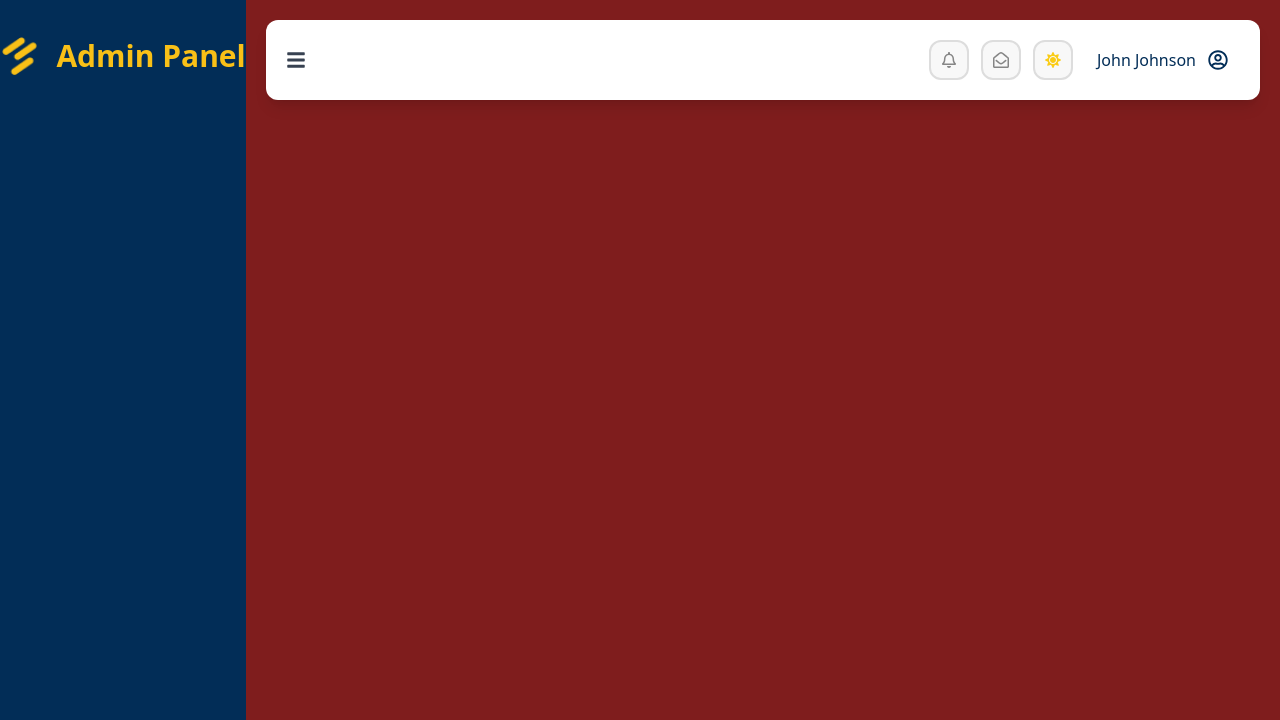
Repository: farrelmuhammad/redesign-bo
Page: /
The author's editor kept a copy of each file at every save. The page is drawn from the files as they stood at one save, then again after the next save.
The browser window is 1280 px wide. The pictures show the whole page.
The project was rebuilt for these pictures with package versions that can differ from the ones it lists, and the page was loaded fresh each time. Also part of the build but not shown: src/App.css.

Above is the page before, as saved 2024-03-02 19:39:30.

After the next save:
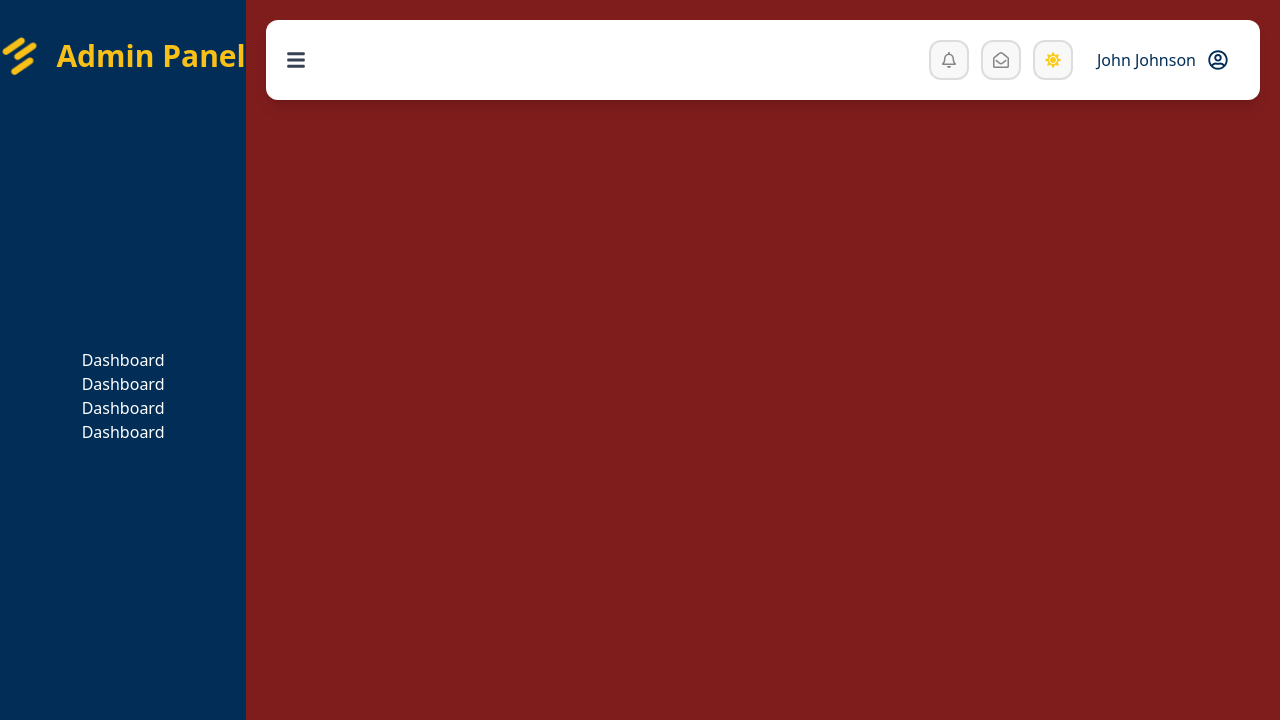
Saved 27 s later.
--- a/src/components/Sidebar.tsx
+++ b/src/components/Sidebar.tsx
@@ -9,6 +9,12 @@ const Sidebar = () => {
                 <h1 className='font-bold text-3xl text-[#F9C017]'>Admin Panel</h1>
             </div>
             <div className="flex flex-row h-full justify-start gap-4 items-center">
+                <ul>
+                    <li>Dashboard</li>
+                    <li>Dashboard</li>
+                    <li>Dashboard</li>
+                    <li>Dashboard</li>
+                </ul>
             </div>
         </aside>
     )
